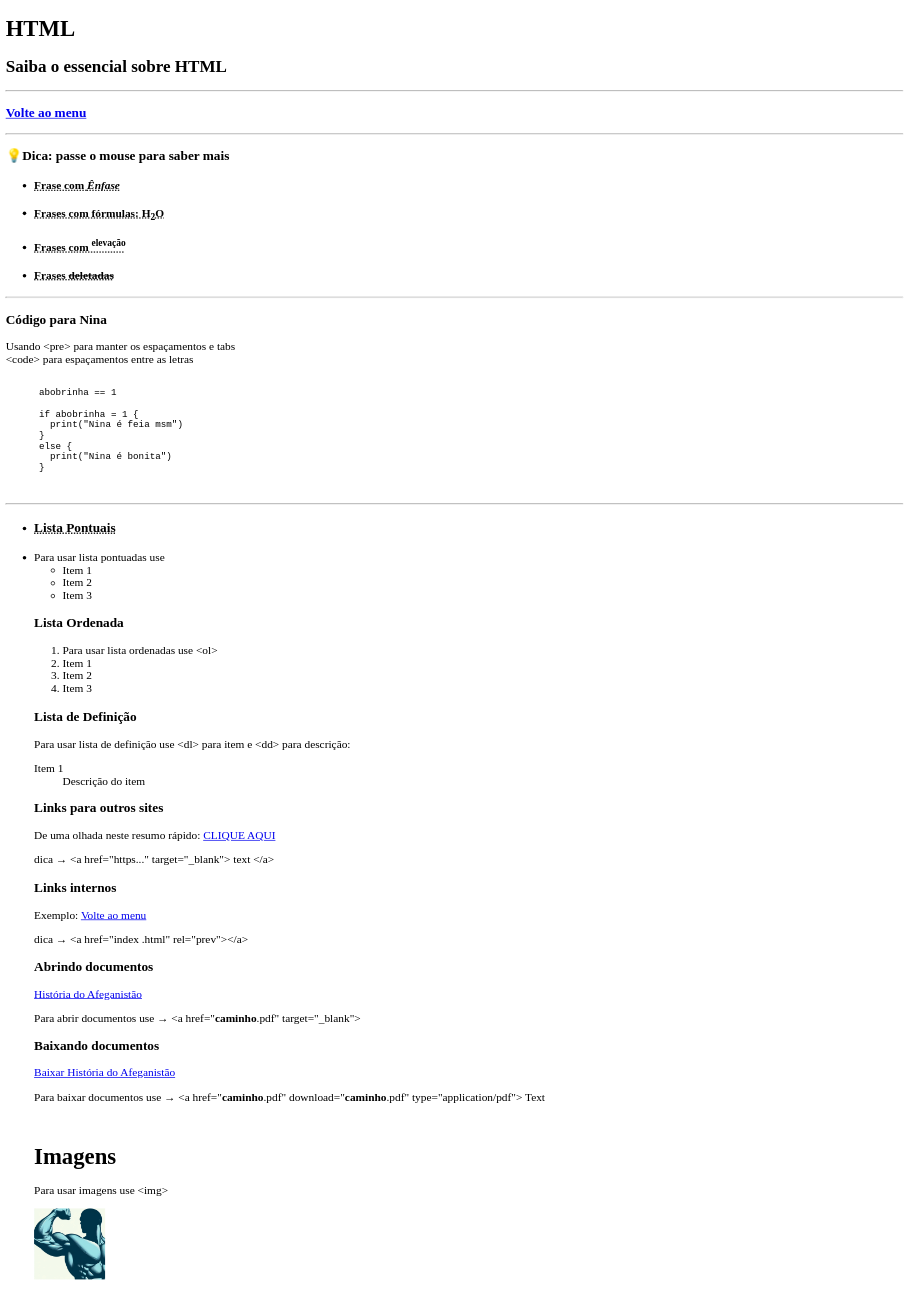
Repository: LuidyOn/Site_Forca_Total
Page: ForçaTotal/sobreHTML.html
An editor plug-in stored every save of this project. The page is shown before and after a run of saves, followed by the edit.
The browser window is 1280 px wide. The pictures show the whole page, at 71% of full size.

Above is the page before, as saved 2025-05-15 20:24:11.

### ForçaTotal/sobreHTML.html
<!DOCTYPE html>
<html lang="pt-br">
<head>
  <meta charset="UTF-8">
  <meta name="viewport" content="width=device-width, initial-scale=1.0">
  <link rel="shortcut icon" href="img/icons/logo.ico" type="image/x-icon">
  <title>Testes Força total</title>
</head>
<body>
  <h1>HTML</h1>
  <h2>Saiba o essencial sobre HTML</h2>

  <hr>
  <h3><a href="index.html" rel="prev"> Volte ao menu</a></h3>
  <hr>

<h3>💡Dica: passe o mouse para saber mais</h3>

  <ul><li><h4> <abbr title="Para deixar uma frase com ênfase, usamos: <em> ">Frase com <em>Ênfase</em></h4> </abbr>
  </li></ul>

    <ul><li><h4><abbr title="Para utilizarmos frases 'baixas' ou fórmulas usamos: <sub></sub>"> Frases com fórmulas: H<sub>2</sub>O</abbr></h4> </li></ul>

  <ul><li><h4> <abbr title="Para utilizarmos frases com ênfase/superiores usamos: <sup></sup>">Frases com <sup>elevação</sup></h4> </abbr></li></ul>

  <ul><li><abbr title=" Para utilizarmos frases deletadas usamos: <del>"><h4>Frases <del>deletadas</del></h4></abbr></li></ul>

  <hr>

  <h3>Código para Nina</h3>
  <p>Usando &lt;pre&gt; para manter os espaçamentos e tabs <br> &lt;code&gt; para espaçamentos entre as letras</p>

  <p></p>

  <pre>
    <code>
      abobrinha == 1

      if abobrinha = 1 {
        print("Nina é feia msm")
      }
      else {
        print("Nina é bonita")
      }
    </code>
  </pre>

  <hr>

      <ul><li><h4><abbr title="Para utilizarmos frases 'baixas' ou fórmulas usamos: <sub></sub>"> <h3>Lista Pontuais</h3> </abbr></h4> </li></ul>


  <ul>
    <li>Para usar lista pontuadas use <ul></li>
    <li>Item 1</li>
    <li>Item 2</li>
    <li>Item 3</li>
  </ul>

  <h3>Lista Ordenada</h3>
  <ol>
    <li>Para usar lista ordenadas use &lt;ol&gt;</li>
    <li>Item 1</li>
    <li>Item 2</li>
    <li>Item 3</li>
  </ol>

  <h3>Lista de Definição</h3>
  <dl>
    <dt>Para usar lista de definição use &lt;dl&gt; para item e &lt;dd&gt para descrição:</dt>

    <p></p>
    <dt>
      Item 1
      <dd>Descrição do item</dd>
    </dl>

    <h3>Links para outros sites</h3>
    <p>De uma olhada neste resumo rápido: <a href="https://www.youtube.com/watch?v=dQw4w9WgXcQ" target="_blank" rel="External"> CLIQUE AQUI </a></p>
    <p>dica &rarr; &lt;a href="https..." target="_blank"&gt; text &lt;/a&gt;</p>

    <h3>Links internos</h3>

    <p>Exemplo: <a href="index.html" rel="prev"> Volte ao menu</a></p>
    <p>dica &rarr; &lt;a href="index .html" rel="prev"&gt;&lt;/a&gt;</p>

    <h3>Abrindo documentos</h3>
    <p><a href="Documentos/PDFs/GUERRA DO AFEGANISTÃO.pdf" target="_blank"> História do Afeganistão</a></p>

    <p>Para abrir documentos use &rarr; &lt;a href="<strong>caminho</strong>.pdf" target="_blank"&gt;</p>

    <h3>Baixando documentos</h3>
    <p><a href="Documentos/PDFs/GUERRA DO AFEGANISTÃO.pdf" target="_blank" download="Documentos/PDFs/GUERRA DO AFEGANISTÃO.pdf" type="application/pdf"> Baixar História do Afeganistão</a></p>

    <p>Para baixar documentos use &rarr; &lt;a href="<strong>caminho</strong>.pdf" download="<strong>caminho</strong>.pdf" type="application/pdf"&gt; Text</p>

  <p><br></p>

  <h1>Imagens</h1>
  <p>Para usar imagens use &lt;img&gt;</p>
  <img src="img/parteSerior.png" alt="parte superior" style="width: 100px; height: 100px;">
</body>
</html>

After the next 2 saves:
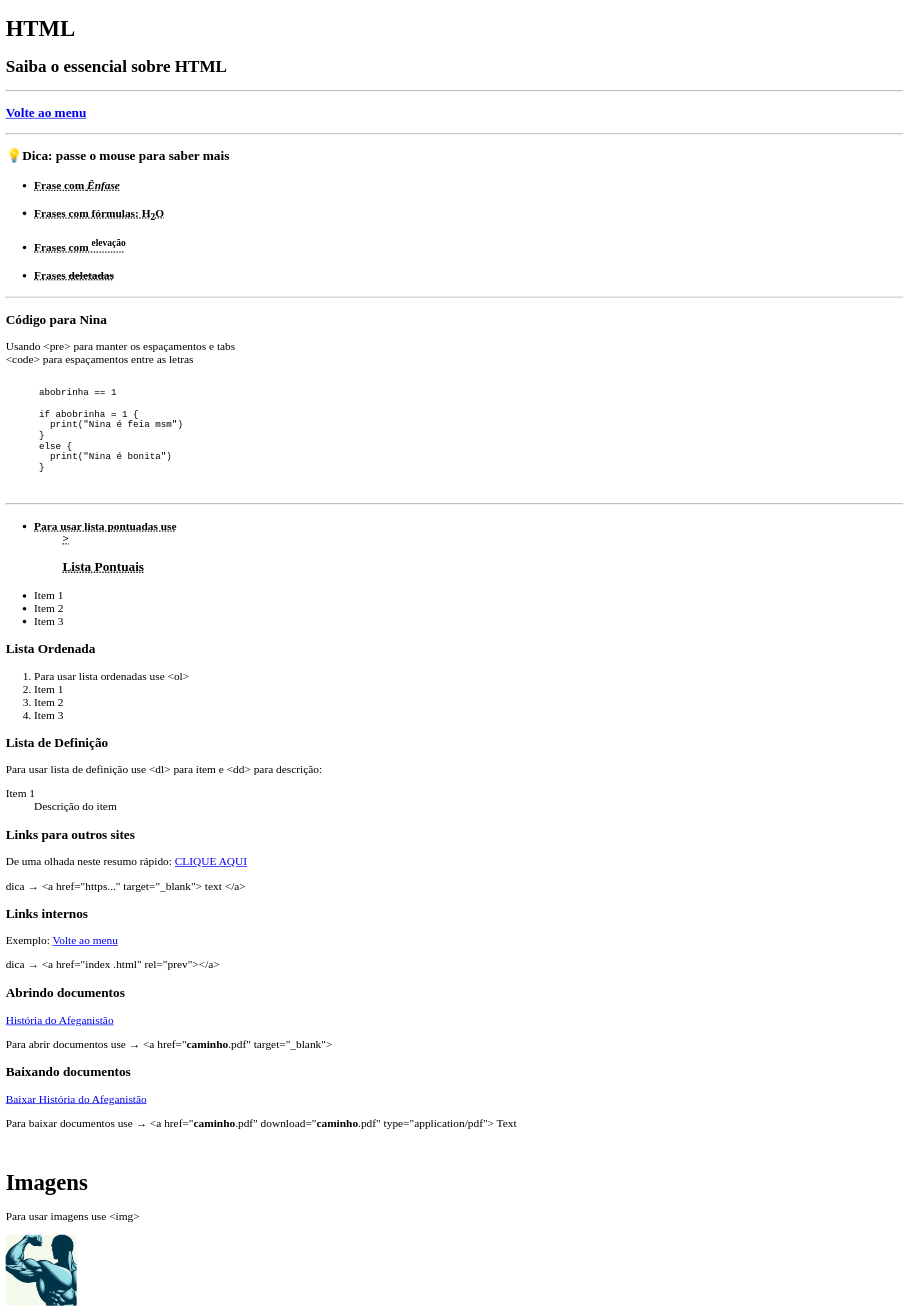
The 2 saves are shown as one change because they came seconds apart.
The last was saved 9 s later.
--- a/ForçaTotal/sobreHTML.html
+++ b/ForçaTotal/sobreHTML.html
@@ -47,11 +47,11 @@
 
   <hr>
 
-      <ul><li><h4><abbr title="Para utilizarmos frases 'baixas' ou fórmulas usamos: <sub></sub>"> <h3>Lista Pontuais</h3> </abbr></h4> </li></ul>
+      <ul><li><h4><abbr title=<li>Para usar lista pontuadas use <ul></li>> <h3>Lista Pontuais</h3> </abbr></h4> </li></ul>
 
 
   <ul>
-    <li>Para usar lista pontuadas use <ul></li>
+
     <li>Item 1</li>
     <li>Item 2</li>
     <li>Item 3</li>
